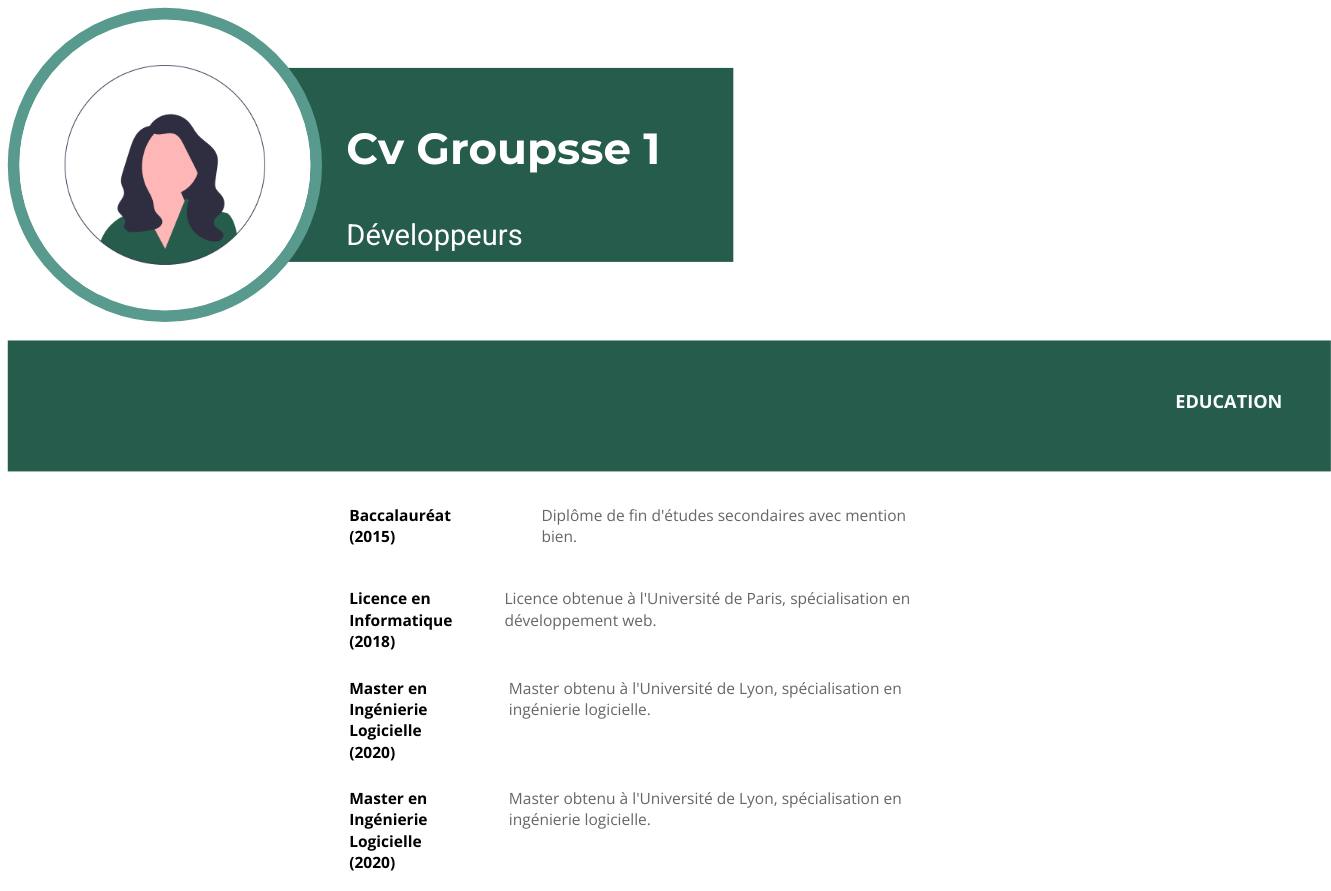
Repository: NdiongueFH/Mon_CV
Page: CV_Groupe1.html
The author's editor kept a copy of each file at every save. The page is drawn from the files as they stood at one save, then again after the next save.
The browser window is 1280 px wide. The page is 1372 px wide, then 1302 px, so the pictures cover 1372 px, including what lies to the right of the window. The pictures show the whole page, at 97% of full size.

Above is the page before, as saved 2024-08-03 16:39:53.

### CV_Groupe1.html
<!DOCTYPE html>
<html lang="fr">
<head>
    <meta charset="UTF-8">
    <meta name="viewport" content="width=device-width, initial-scale=1.0">
    <!--Intégration de police d'écriture via un lien web-->
    <link href="https://fonts.googleapis.com/css2?family=Montserrat:wght@400;700&family=Open+Sans:wght@400;700&family=Roboto:wght@400;500&display=swap" rel="stylesheet">
    <!--Intégration de notre lien CSS-->
    <link rel="stylesheet" href="CV_Groupe1.css">
    <title>MON CV</title>

</head>
<body>
    <!--section principale-->
    <section id="principal">

        <!--Début Partie Ndiawar-->

        <!--la partie profile de notre cv-->
        <section id="profile">
            <!--identité-->
            <div id="identite">
                <!--image-->
                <div class="image">
                    <img id="image_profil" src="./image/profil.png" alt="" sizes="30" srcset="">
                </div>
                <!--fin image-->
                <!--debut nom-->
                <div class="nom">
                    <h1 id="name_cv">Cv Groupsse 1</h1>
                    <span id="function">Développeurs</span>
                </div>
                <!--fin nom-->
            </div>
            <!--fin identité-->
        </section>
        <!--fin de la partie profile-->

        <!--Fin Partie Ndiawar Diop-->


        <!--le debut du corp de notre cv-->
        <section  id="renseignement">
            <!--corp -->
            <div id="corps">
                <!--debut blanc-->
                <div class="blanc">


                    <!--Début Partie Anta Maguette Faye-->


                    <!--education-->
                    <div class="edu_exp">
                        <!--titre education-->
                        <div class="titre_edu_exp">
                            <h1 class="h1_titr">
                                EDUCATION
                            </h1>
                        </div>
                        <!--fin titre education-->
                        <!--parti education-->
                        <div id="info_edu">
                            <ul class="liste-diplomes">
                                <li>
                                    <div class="info">
                                        <span class="diplome">Baccalauréat</span>
                                        <span class="annee">(2015)</span>
                                    </div>
                                    <p class="description">Diplôme de fin d'études secondaires avec mention bien.</p>
                                </li>
                                <li>
                                    <div class="info">
                                        <span class="diplome">Licence en Informatique</span>
                                        <span class="annee">(2018)</span>
                                    </div>
                                    <p class="description">Licence obtenue à l'Université de Paris, spécialisation en développement web.</p>
                                </li>
                                <li>
                                    <div class="info">
                                        <span class="diplome">Master en Ingénierie Logicielle</span>
                                        <span class="annee">(2020)</span>
                                    </div>
                                    <p class="description">Master obtenu à l'Université de Lyon, spécialisation en ingénierie logicielle.</p>
                                </li>
                                <li>
                                    <div class="info">
                                        <span class="diplome">Master en Ingénierie Logicielle</span>
                                        <span class="annee">(2020)</span>
                                    </div>
                                    <p class="description">Master obtenu à l'Université de Lyon, spécialisation en ingénierie logicielle.</p>
                                </li>
                            </ul>
                        </div>
                        <!--fin parti education-->
                    </div>
                    <!--fin education-->


                    <!--Fin Partie Anta Maguette Faye-->

                    <!--Début Partie Fatoumata Hawa Ndiongue-->

                    <!--experience-->
                    <div class="edu_exp" >
                        <!--titre experience-->
                        <div class="titre_edu_exp"></div>
                        <!--fin titre experience-->
                        <!--parti experience-->
                        <div id="info_exp"></div>
                        <!--fin parti experience-->
                    </div>
                    <!--fin experience-->

                    <!--Début Footer-->
                    <div id="footer">

                    </div>
                    <!--Fin Footer-->

                    <!--Fin Partie Fatoumata Hawa Ndiongue-->

                </div>
                <!--fin blanc-->

                <!--Début Moustapha Dieng-->


                <!--debut noir-->
                <div class="noir">
                    <!--contact-->
                    <div class="contact">
                        <!--titre contact-->
                        <div class="titre_contact_skill">
                            <h1></h1>
                        </div>
                        <!--fin titre contact-->
                        <!-- donnee contact-->
                        <div class="donnees_contact">

                        </div>
                        <!--fin donnee contact-->
                    </div>
                    <!--fin contact-->
                    <!--skill-->
                    <div class="skill">
                        <!--titre skill-->
                        <div class="titre_contact_skill">
                            <h1></h1>
                        </div>
                        <!--fin titre skill-->
                        <!--donné skill-->
                        <div class="donnees_skill"></div>
                        <!--fin donné skill-->
                    </div>
                    <!--fin skill-->
                    <!--resaux socio-->
                    <div id="resaux"></div>
                    <!--fin resaux socio-->
                </div>
                <!--fin noir-->

                <!--Fin Moustapha Dieng-->


            </div>
            <!--fin corp-->

        </section>
        <!--la fin du corp de notre cv-->
    </section>
    <!--Fin section principale-->

</body>
</html>

### CV_Groupe1.css
/*Le pseudo-élément `:root` en CSS permet de définir des variables globales pour un document,
représentant l'élément `<html>`. Utilisé pour centraliser la gestion des styles comme
les couleurs et les polices, il facilite la maintenance du CSS en rendant
les valeurs facilement réutilisables et modifiables dans toute la feuille de style.*/

:root {
    /* Définition des couleurs de base */
    --teal-1: #265C4B; /* Teal foncé */
    --teal-2: #146551; /* Teal moyen foncé */
    --teal-3: #007566; /* Teal vif */
    --teal-4: #589A8D; /* Teal clair */
    --teal-5: #fff; /* Blanc très clair */
    --Noir-6: #000000; /*Noir*/
    --Blanc-7: #ffffff; /*Blanc*/

    /* Utilisation des couleurs pour différents éléments */

    --color-title: var(--teal-1); /* Couleur pour les titres */
    --color-subtitle: var(--teal-3); /* Couleur pour les sous-titres */
    --color-paragraph: var(--teal-2); /* Couleur pour les paragraphes */
    --color-border: var(--teal-4); /* Couleur pour les bordures */
    --color-backgroundFoncé: var(--teal-1); /*Couleur de fond foncée*/
    --color-background: var(--teal-5); /* Couleur de fond général */
    --color-text: var(--Noir-6); /*Couleur pour le texte de fond*/
    --color-white: var(--Blanc-7); /*Couleur blanche pour les texte de fon d'une balise"*/
}

/*Intégration de nos polices d'écritures générales pour notre texte, titre et les sous-titres*/
:root {
    /* Polices */
    --font-title: 'Montserrat', sans-serif;
    --font-text: 'Open Sans', sans-serif;
    --font-subtitle: 'Roboto', sans-serif;

    /* Taille de police standard et poids */
    --font-size-normal: 16px; /* Taille de police standard pour le texte */
    --font-size-title: 28px; /* Taille de police pour les grands titres */
    --font-size-subtitle: 20px; /* Taille de police pour les sous-titres */
    --font-weight-normal: 400; /* Poids normal de la police */
    --font-weight-bold: 700; /* Poids en gras */
    /*Pour le profil la taile du nom et du sous-titre*/
    --font-size-titleProfil: 45px;
    --font-size-subtitleProfil: 30px;
}

/*Initialisation de notre body pour supprimer les marges et choix du type de police pour notre site*/
body {
    color: var(--color-text);
    background-color: var(--color-background);
    font-family: var(--font-text);
    font-size: var(--font-size-normal);
    font-weight: var(--font-weight-normal);
}

/*Partie Ndiawar Diop*/
    /*Début partie profil de Mon_CV*/

/*Div Identité*/
#identite {
    display: flex;
    align-items: center; /* Pour aligner verticalement les éléments à l'intérieur */
    background: none;
}
/*Image*/
.image {
    background-color: var(--color-background);
    border: 12px solid var(--color-border);
    width: 300px;  /* Assurez-vous que le conteneur est carré */
    height: 300px;
    border-radius: 50%;  /* Rend l'image ronde */
    overflow: hidden;  /* Cache les parties de l'image qui débordent */
    z-index: 2; /* Nous Plaçons l'image au-dessus de .nom */
    position: relative; /* Nécessaire pour appliquer z-index */
}

#image_profil {
    width: 100%;
    height: 100%;
    object-fit: contain;  /* Garantit que l'image couvre tout l'espace sans déformation */
}
/*Le nom du profil*/
.nom {
    background-color: var(--color-backgroundFoncé);
    width: 30%;
    height: 200px; /* Aligner la hauteur avec celle de l'image */
    display: flex;
    color: var(--color-white);
    flex-direction: column;
    justify-content: center;
    text-align: left;
    padding: 0 20px 0 75px;
    margin-left: -50px; /* Ajustement pour le chevauchement */
    z-index: 1; /* S'assurer que .nom se superpose à .image */
    position: relative;
}
#name_cv{
    font-family: var(--font-title);
    font-size: var(--font-size-titleProfil);
    font-weight: var(--font-weight-bold);
}
#function {
    font-family: var(--font-subtitle);
    font-size: var(--font-size-subtitleProfil);
    font-weight: var(--font-weight-normal);
}
    /*Fin Partie profil de Mon_Cv*/
/*Fin Partie Ndiawar Diop*/

/*Partie Section 2*/
    /*Partie Anta Maquette Faye
.titre_edu_exp {
}*/
.h1_titr {
    width: 100%;
    height: 35px;
    padding: 50px;
    background-color: var(--color-backgroundFoncé);
    text-align: right;
    color: var(--color-white);

}

    /*Partie Education*/
    #info_edu {
        max-width: 600px;
        margin: 0 auto;
    }

    .liste-diplomes {
        list-style-type: square; /* Puces carrées */
        padding-left: 20px; /* Pour aligner les puces */
    }

    .liste-diplomes li {
        display: flex;
        align-items: baseline;
        margin-bottom: 10px;
    }

    .info {
        width: 200px; /* Largeur fixe pour le diplôme et l'année */
        font-weight: bold;
        display: flex;
        flex-direction: column;
        justify-content: center;
    }

    .diplome {
        margin-right: 10px; /* Espace entre le diplôme et l'année */
    }

    .description {
        margin-left: 15px; /* Espace entre l'info et la description */
        flex-grow: 1; /* Permet à la description de prendre le reste de l'espace */
        color: #666; /* Couleur de texte pour la description */
    }

After the next save:
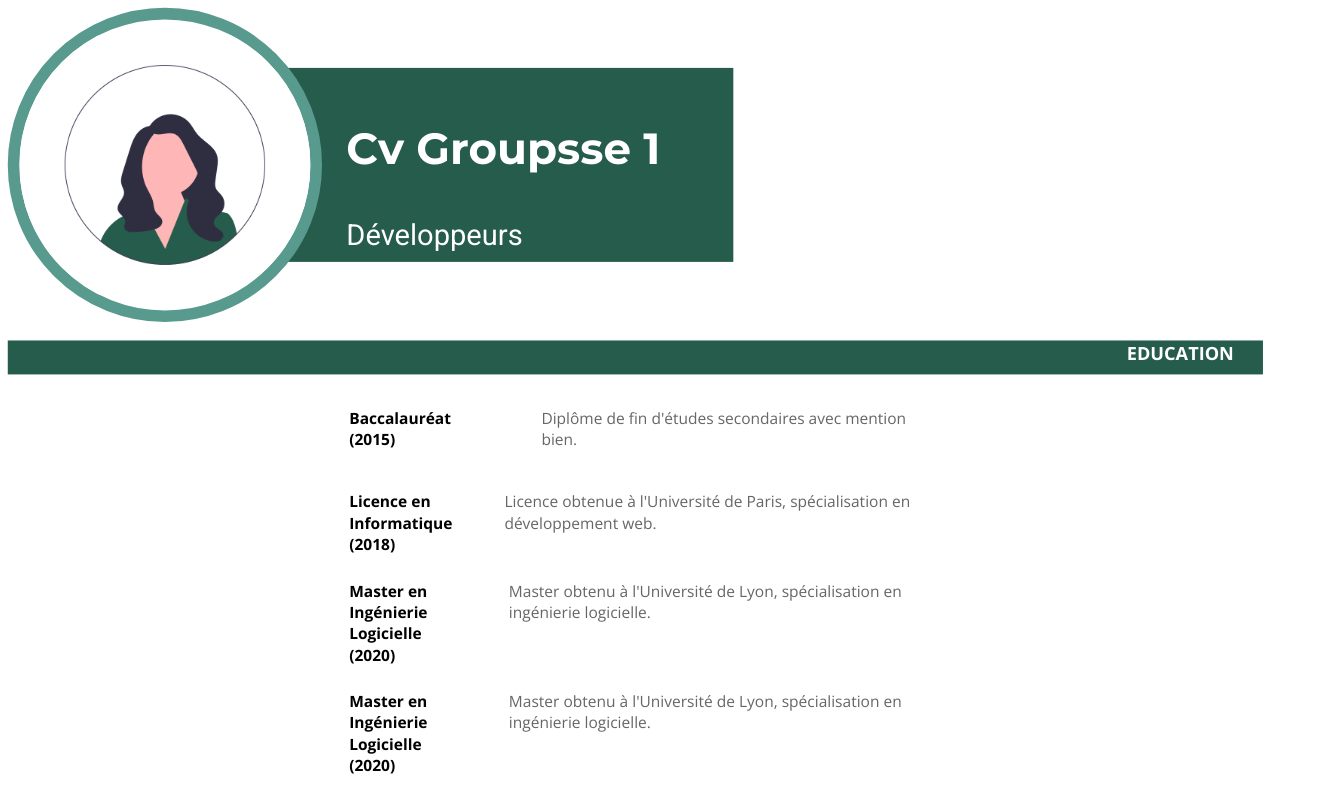
Saved 24 s later.
--- a/CV_Groupe1.css
+++ b/CV_Groupe1.css
@@ -113,7 +113,7 @@ body {
 .h1_titr {
     width: 100%;
     height: 35px;
-    padding: 50px;
+    padding-right: 30px;
     background-color: var(--color-backgroundFoncé);
     text-align: right;
     color: var(--color-white);
